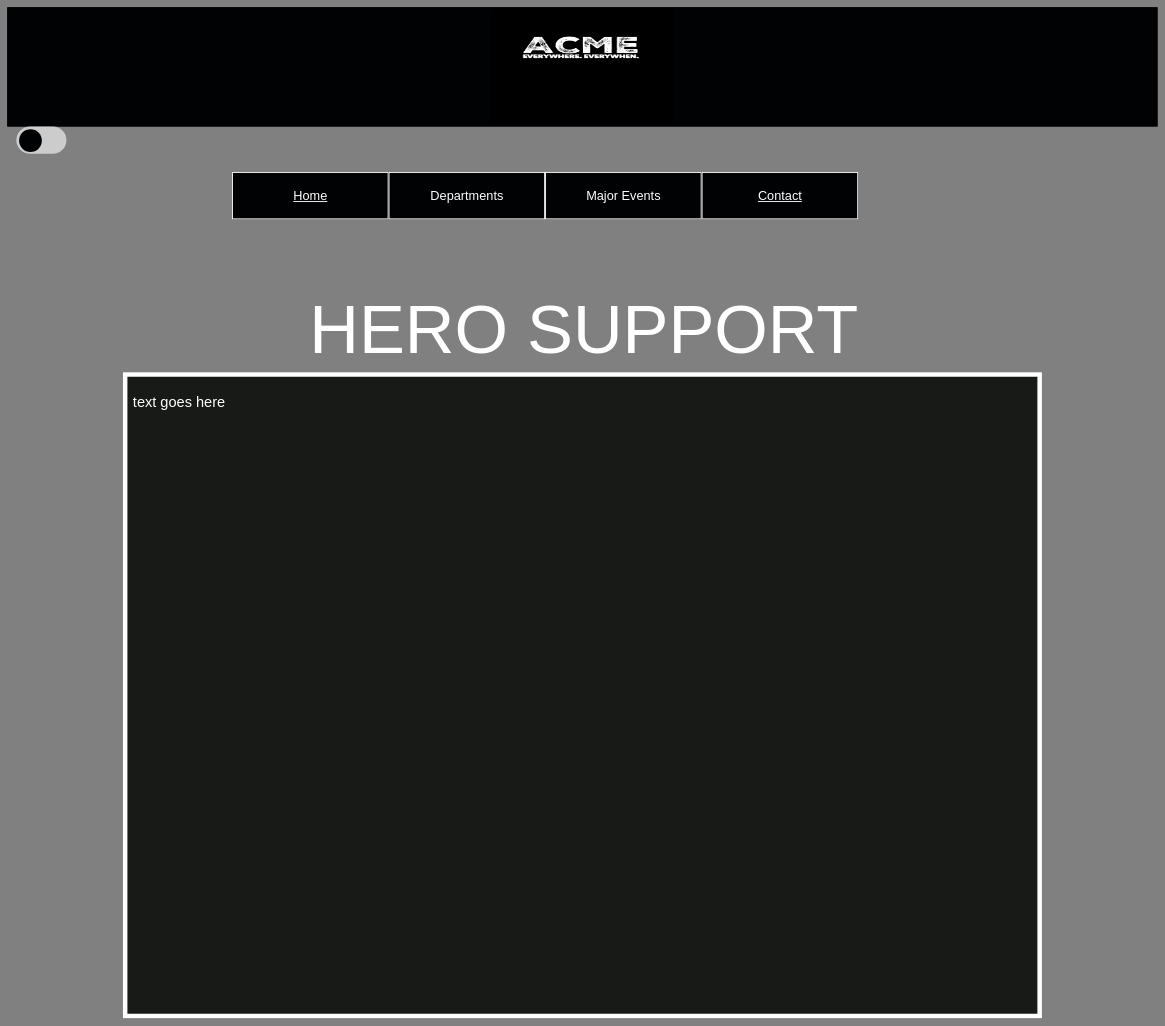
Repository: omega7379/omega7379.github.io
Page: sidekickSupport.html
These files come from the project's save history. The page is drawn as it stood at one moment and after the next save; the edit follows.
The browser window is 1280 px wide. The pictures show the whole page, at 91% of full size.

Above is the page before, as saved 2022-06-21 22:21:30.

### sidekickSupport.html
<!--created by Josip Bailey
Created 250122, Last Update 210622-->
<!DOCTYPE html>
<html lang="en">
    <body class="background">
        <header>
            <head>
                <!--meta data-->
                <meta charset="UTF-8">
                <meta http-equiv="X-UA-Compatible" content="IE=edge">
                <meta name="viewport" content="width=device-width, initial-scale=1.0">

                <!--tab title-->
                <title>ACME TIKTOK</title>
                <link rel="icon" href="acmeanvil.png">

                <!--import css-->
                <link id = "theme" rel="stylesheet" type="text/css" href="acmeStyleGuideDark.css">

            </head>

            <div class="top">
                <img src="acmelogo.png" alt="Homescreen Logo" width="200" height="125">
            </div>

        </header>
        <!--main scetion-->
        <main>
            <!--create toggle button to adjust switch colour-scheme-->
            <span class="toggle">
                <label class="switch" onclick="toggleTheme()">
                    <input type="checkbox">
                    <span class="slider"></span>
                </label>
            </span>

            <!--dropdown menu-->
            <div class="wrapper">
                <ul>
                    <li><a href="home.html">Home</a></li>
                    <li>Departments
                        <ul>
                            <li>Support
                                <ul>
                                    <li><a href="villianSupport.html">Villian Support</a></li>
                                    <li><a href="heroSupport.html">Hero Support</a></li>
                                    <li><a href="sidekickSupport.html">Sidekick Support</a></li>
                                    <li><a href="antiheroSupport.html">Antihero Support</a></li>
                                    <li><a href="memberSolutions.html">Member Solutions</a></li>
                                    <li><a href="itSupport.html">IT Support</a></li>
                                </ul>
                            </li>
                            <li>Corporate
                                <ul>
                                    <li><a href="corporate.html">Corporate</a></li>
                                    <li><a href="legal.html">Legal</a></li>
                                    <li><a href="collections.html">Collections</a></li>
                                    <li><a href="buildCrew.html">Build Crew</a></li>
                                    <li><a href="marketing.html">Marketing</a></li>
                                    <li><a href="communications.html">Communications</li>
                                    <li><a href="letters.html">Letters</a></li>
                                    <li><a href="humanResources.html">Human Resources</a></li>
                                    <li><a href="transportation.html">Transportation</a></li>
                                    <li><a href="publicRelations.html">Public Relations</a></li>
                                    <li><a href="evidenceDisposal.html">Evidence Disposal</a></li>
                                </ul>
                            </li>
                        </ul>
                    </li>
                    <li>Major Events
                        <ul>
                            <li><a href="borg.html">Borg Attack</a></li>
                            <li><a href="ork.html">Ork Invasion</a></li>
                            <li><a href="councilWar.html">Council War</a></li>
                            <li><a href="timeKeepers.html">Time Keepers</a></li>
                            <li><a href="TerryEscape.html">Terry's Escape</a></li>
                            <li><a href="hacked.html">The Hacker</a></li>
                        </ul>
                    </li>
                    <li><a href="contact.html">Contact</a></li>
                </ul>
            </div>
        </br></br></br>
            <div class="title">
                <p>HERO SUPPORT</p>
            </div>
            <!--main table holding the contents of the page-->
            <div class="contentTable">
                <table>
                    <tr><td>
                        <!--contents of page go here-->
                        <p>
                            text goes here
                        </p>
                    </tr></td>
                </table>
            </div>
        </main>
        <script type="text/javascript" src="acmejs.js"></script>
    </body>
</html>

### acmeStyleGuideDark.css
/*CSS webpage dark mode ACME, created by Josip Bailey
created 170122, last update 170622*/

/*header styling applying black to expand image without stretching*/
div.top {
    border: 1px solid #010203;
    background-color: #010203;
    text-align: center;
    align-content: center;
}
.title{
    font-size: 2cm;
    margin: auto;
    text-align: center;
    align-content: center;
}

/*start of the toggle button might delete*/
div.toggle{
    position: absolute;
    top: 50%;
    left:50%;
    transform: translate(-50%,-50%);
    text-align: left;
}
.switch{
    position: relative;
    display: inline-block;
    width: 55px;
    height: 30px;
    margin: 0 10px;

}
.slider{
    position: absolute;
    cursor: pointer;
    top: 0;
    left: 0;
    right: 0;
    bottom: 0;
    background-color: #ccc;
    transition: 0.4s;
    border-radius: 18px;
}
.switch input {display: none;}
.slider:before{
    position: absolute;
    content:"";
    height: 25px;
    width: 25px;
    left: 2.5px;
    bottom: 2.5px;
    background-color: #010203;
    transition: 0.4s;
    border-radius: 25px;
}
input:checked + .slider{
    background-color: #ccc;
}

input:checked + .slider:before{
    transform: translateX(25px);
}
/*end of button styling*/

/*background*/
.background{
    background-color: grey;
}

/*adjust text*/
p{
    margin-bottom: 4px;
    margin-left: 3px;
    font-family: Arial, Helvetica, sans-serif;
    color: white;
}
.chapter{
    margin-bottom: 8px;
    font-family: Arial, Helvetica, sans-serif;
    color: white;
    font-size: 1cm;
    text-align: center;
}

/*contentTable styling*/
.contentTable{
    border: 5px solid white;
    background-color: #181A18;
    max-width: 1000px;
    margin: auto;
    height: 700px;
    overflow: scroll;
}
.contentTablePDF{
    border: 5px solid white;
    /*background-color: #181A18;*/
    max-width: 1000px;
    margin: auto;
    height: 700px;
}
::-webkit-scrollbar{
    width: 12px;
    height: 12px;
}
::-webkit-scrollbar-thumb {
    background: white;
    border-radius: 10px;
}
::-webkit-scrollbar-thumb:hover {
    background: crimson;
}

/*drop down menu*/
.wrapper{
    width: 850px;
    margin: auto;
}
.wrapper ul{
    list-style: none;
    margin-top: 5px;
}
.wrapper ul li{
    background: #010203;
    width: 170px;
    border: 1px solid white;
    height: 50px;
    line-height: 50px;
    text-align: center;
    float: left;
    color: white;
    font-size: 14px;
    position: relative;
    font-family: Arial, Helvetica, sans-serif;
}
.wrapper ul ul{
    display: none;
}
.wrapper ul li:hover{
    background: crimson;
}
/*not broken, just a FEATURE*/
.wrapper ul li:hover > ul{/*messing with padding here to increase mouse accuracy and drop alignment*/
    display: block;
    margin: 0 0 -10em -2em;
    padding: 0 0 -2em 2em;
    z-index: 1;
    position: relative;
}
.wrapper ul ul ul{
    margin-left: 136px;
    top: 0;
    position: absolute;
}
/*adjust hyperlink colours*/
a:link{
    color: white;
}
a:visited{
    color: white;
}
a:hover{
    color: black;
}

### acmejs.js
/*enable switch for css pages-->*/
function toggleTheme(){
    var theme = document.getElementsByTagName('link')[0];
    if (theme.getAttribute('href') == 'acmeStyleGuideDark.css'){
        theme.setAttribute('href', 'acmeStyleGuideLight.css');
    }
    else {
        theme.setAttribute('href', 'acmeStyleGuideDark.css');
    }
}

After the next save:
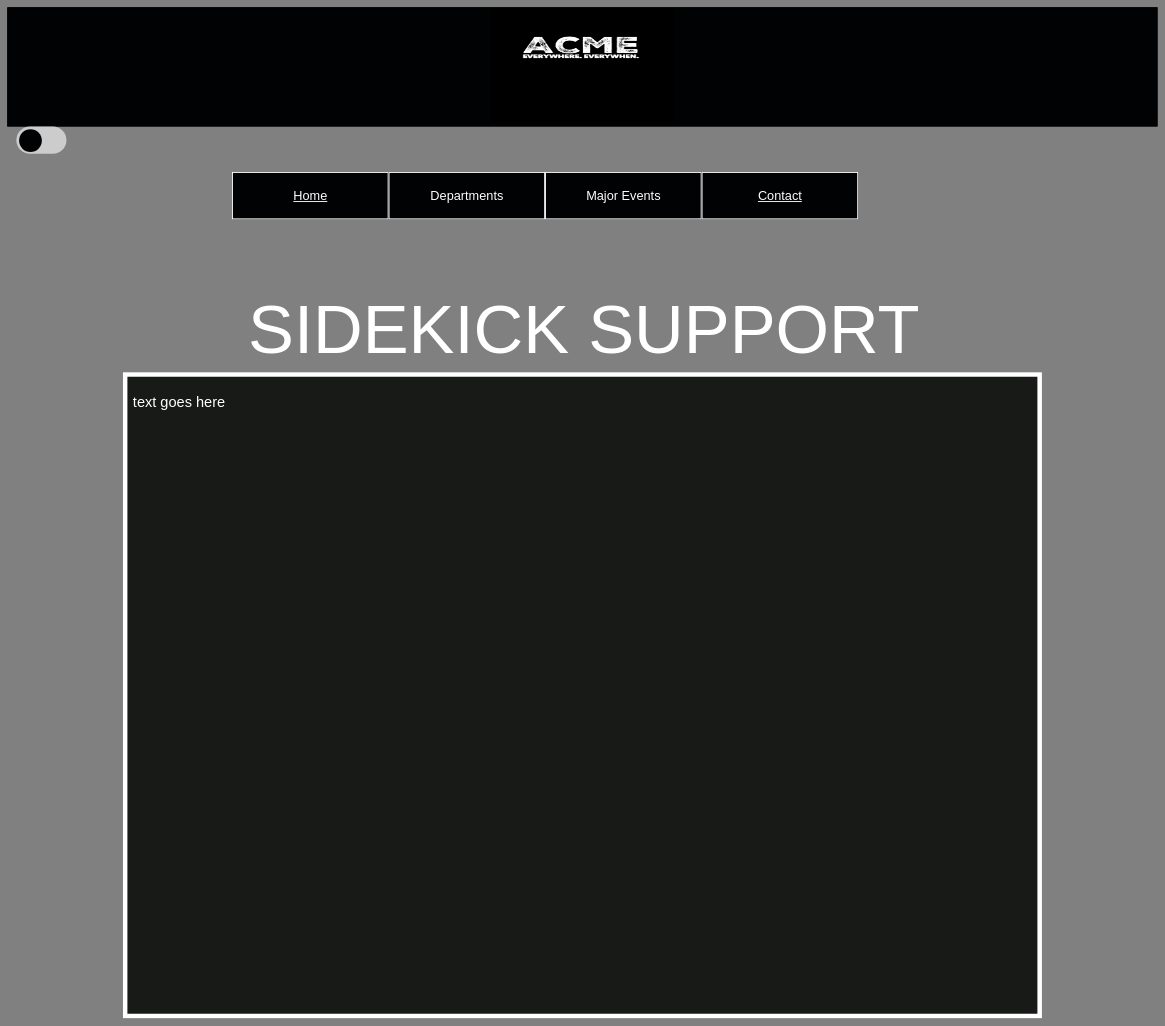
Saved 12 s later.
--- a/sidekickSupport.html
+++ b/sidekickSupport.html
@@ -82,7 +82,7 @@
             </div>
         </br></br></br>
             <div class="title">
-                <p>HERO SUPPORT</p>
+                <p>SIDEKICK SUPPORT</p>
             </div>
             <!--main table holding the contents of the page-->
             <div class="contentTable">
